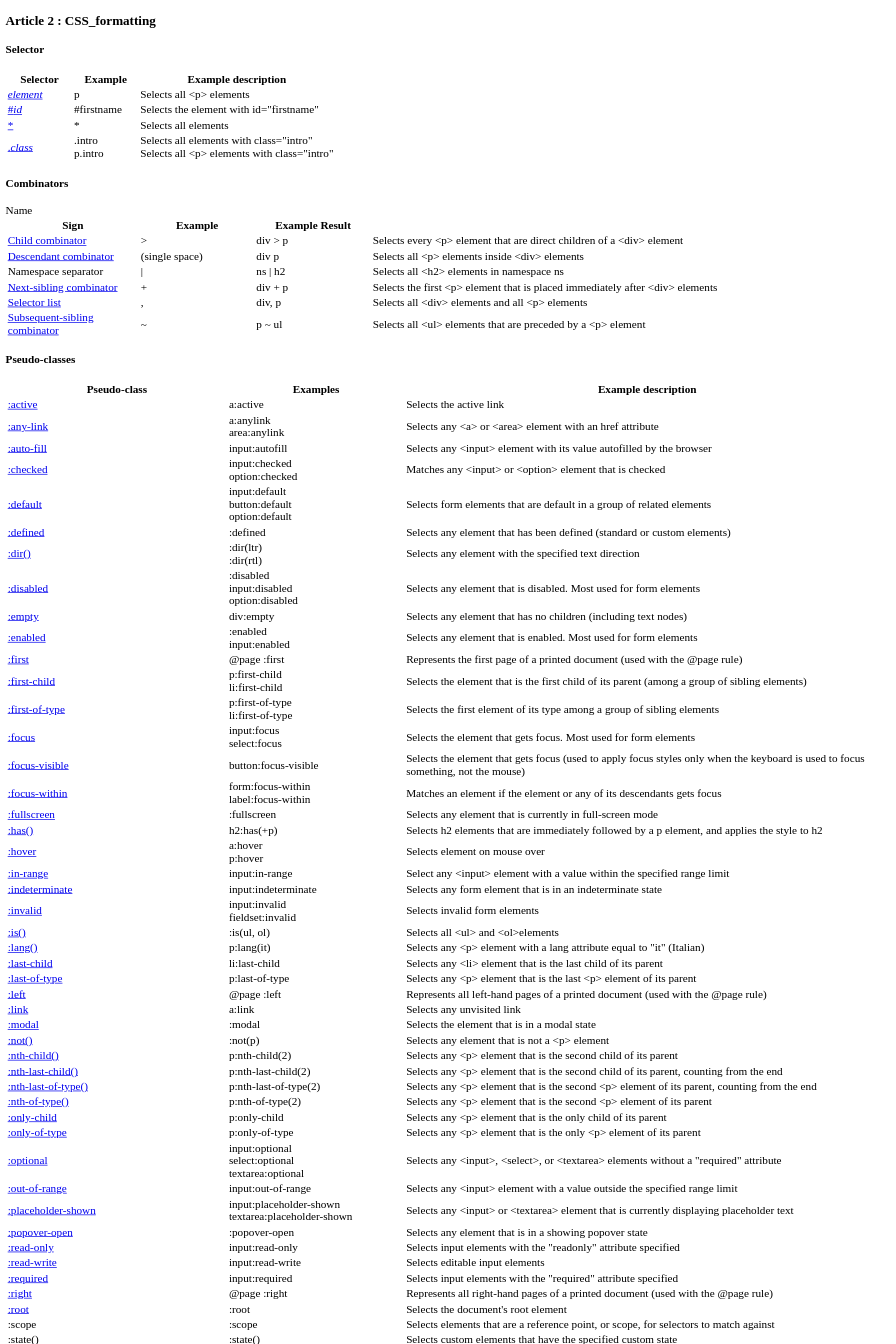
Repository: AnnaSpirit/2025_
Page: Bases/CSS_formatting.html
The author's editor kept a copy of each file at every save. The page is drawn from the files as they stood at one save, then again after the next save.
The browser window is 1280 px wide. The pictures show the part of the page from y = 0 to 1920 px (the page is 2615 px tall before and 720 px after), at 70% of full size.

Above is the page before, as saved 2025-01-09 13:00:03.

After the next save:
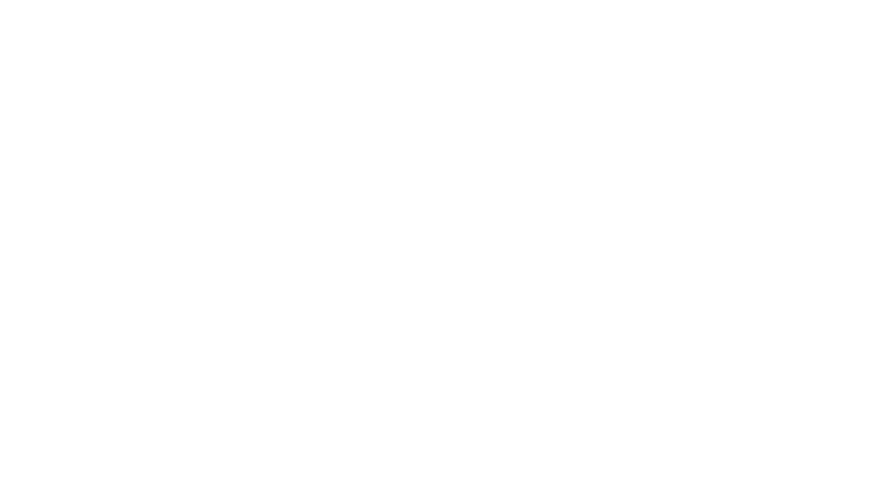
Saved 50 s later.
--- a/Bases/CSS_formatting.html
+++ b/Bases/CSS_formatting.html
@@ -4,6 +4,7 @@
 	<meta charset="UTF-8">
 	<meta name="viewport" content="width=device-width, initial-scale=1.0">
 	<title>CSS_formatting</title>
+	<style
 </head>
 <body>
 <h3>Article 2 : CSS_formatting</h3>

After the save that followed:
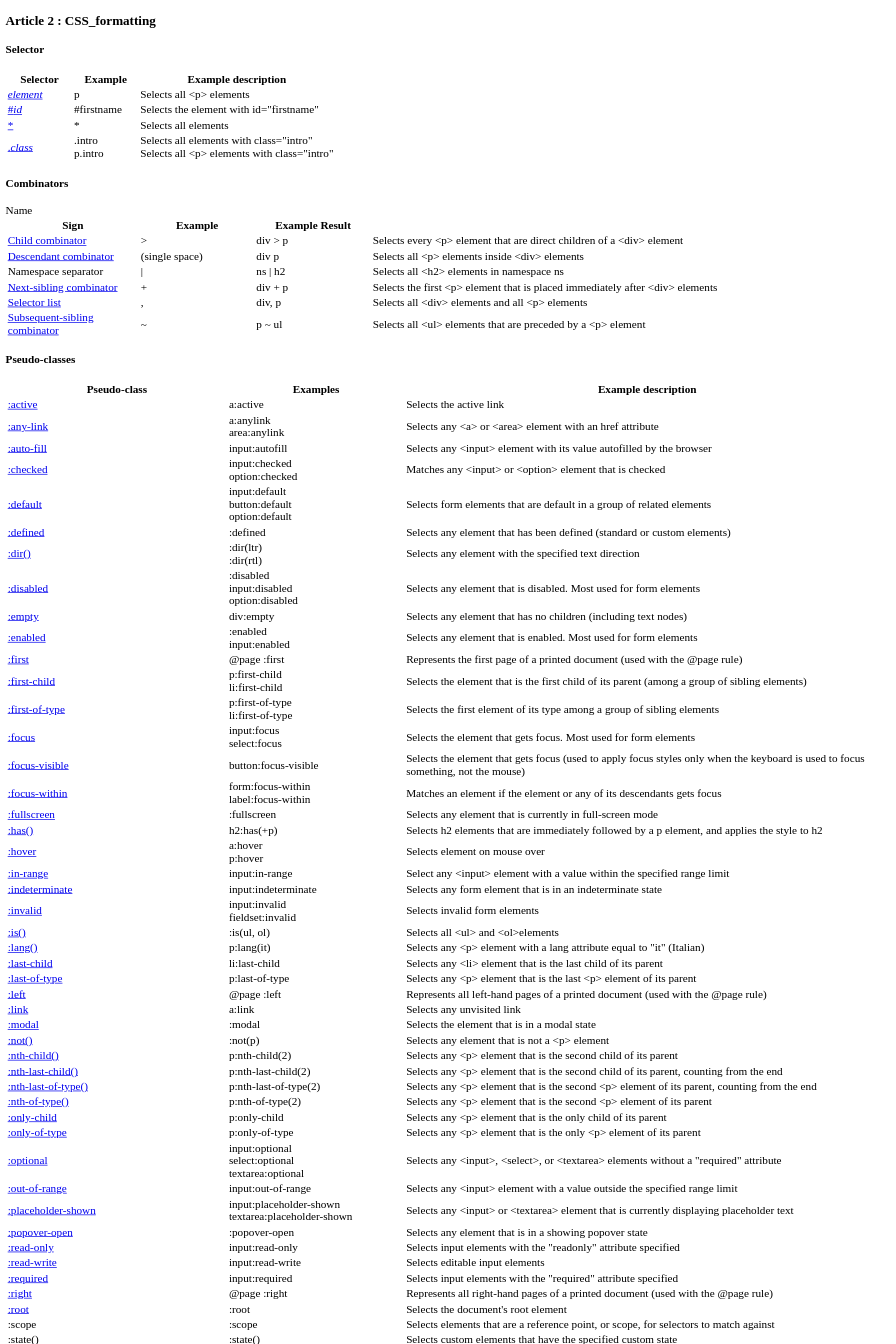
Saved 4 s later.
--- a/Bases/CSS_formatting.html
+++ b/Bases/CSS_formatting.html
@@ -4,7 +4,7 @@
 	<meta charset="UTF-8">
 	<meta name="viewport" content="width=device-width, initial-scale=1.0">
 	<title>CSS_formatting</title>
-	<style
+	<style></style>
 </head>
 <body>
 <h3>Article 2 : CSS_formatting</h3>
